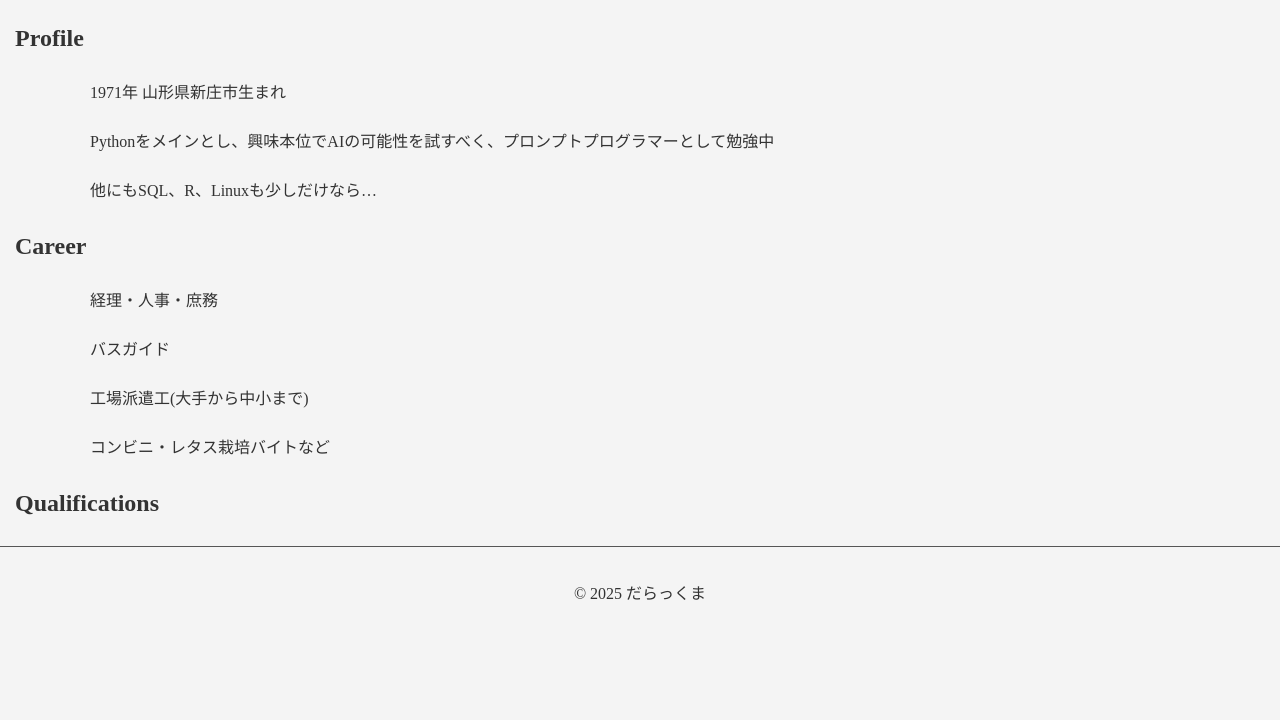
Repository: rydeen7907/html
Page: profile.html
The author's editor kept a copy of each file at every save. The page is drawn from the files as they stood at one save, then again after the next save.
The browser window is 1280 px wide. The pictures show the whole page.

Above is the page before, as saved 2025-04-27 17:44:34.

After the next save:
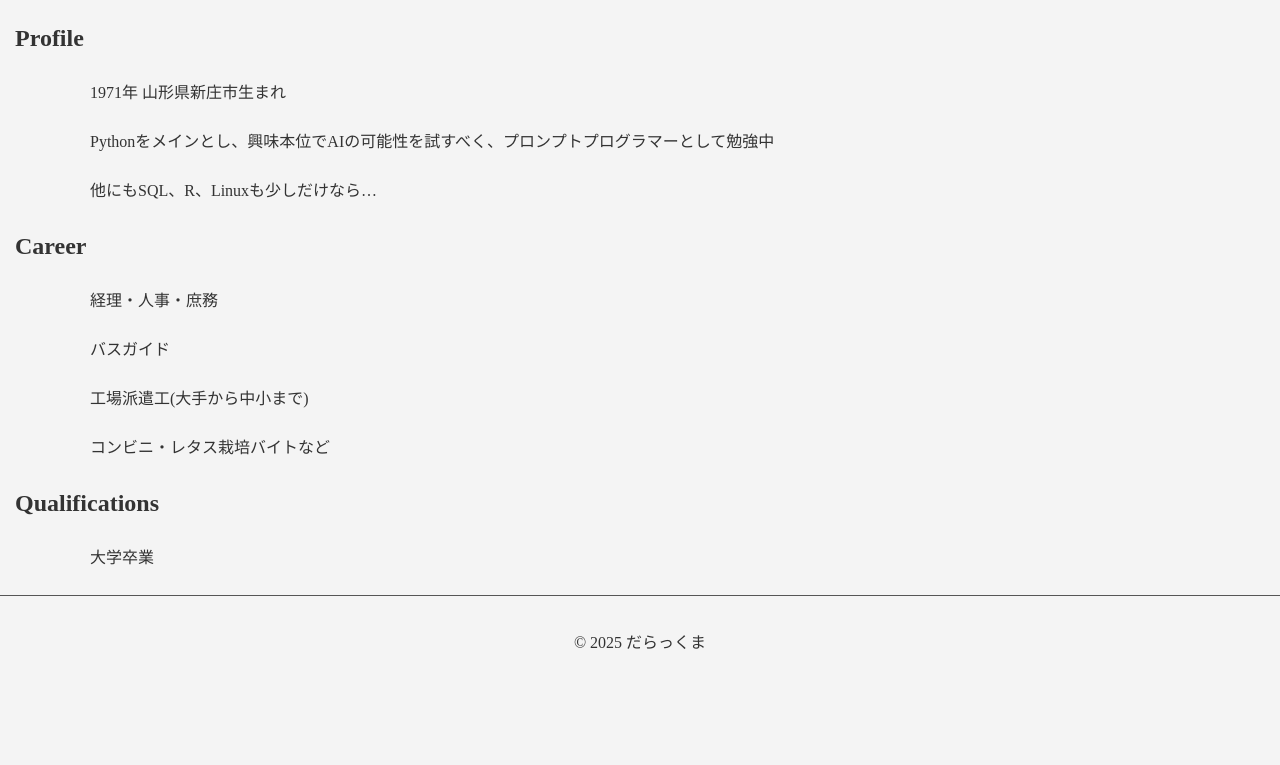
Saved 4 s later.
--- a/profile.html
+++ b/profile.html
@@ -30,6 +30,7 @@
 
         <h2>Qualifications</h2>
         <ul>
+        <p>大学卒業</p>
 
     </main>
 

After the save that followed:
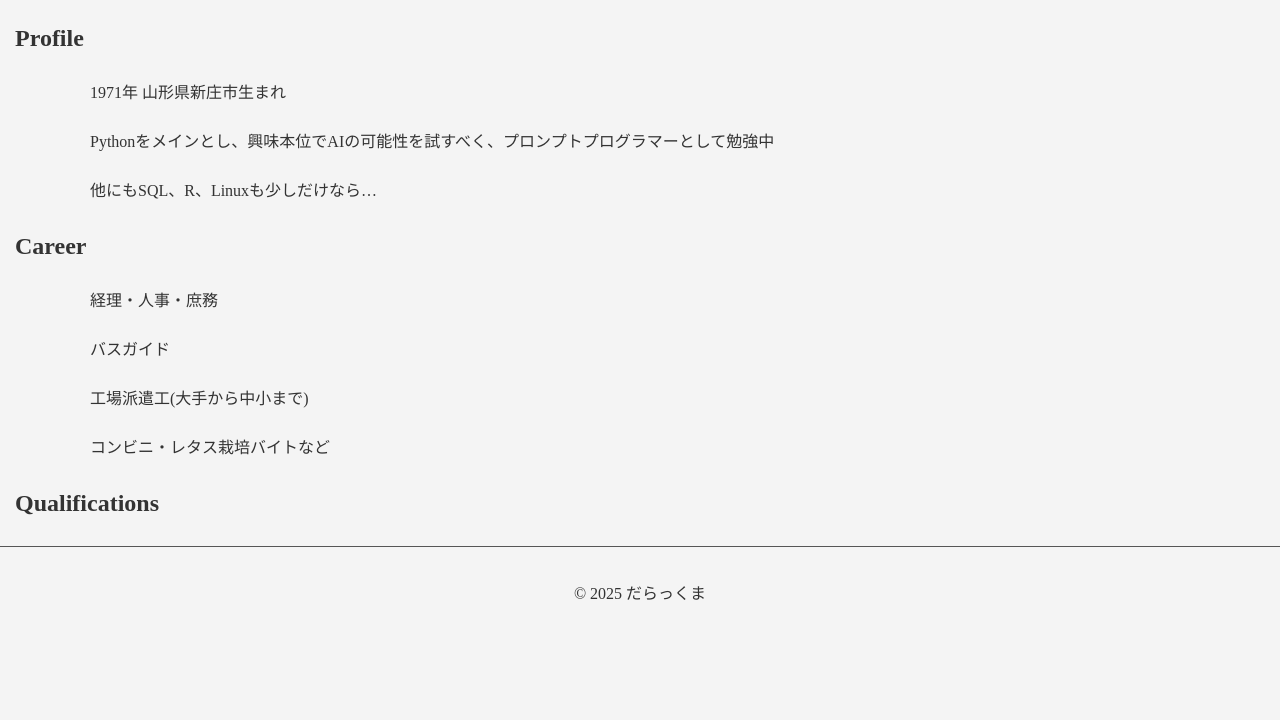
Saved 4 s later.
--- a/profile.html
+++ b/profile.html
@@ -30,7 +30,7 @@
 
         <h2>Qualifications</h2>
         <ul>
-        <p>大学卒業</p>
+        <p></p>
 
     </main>
 
